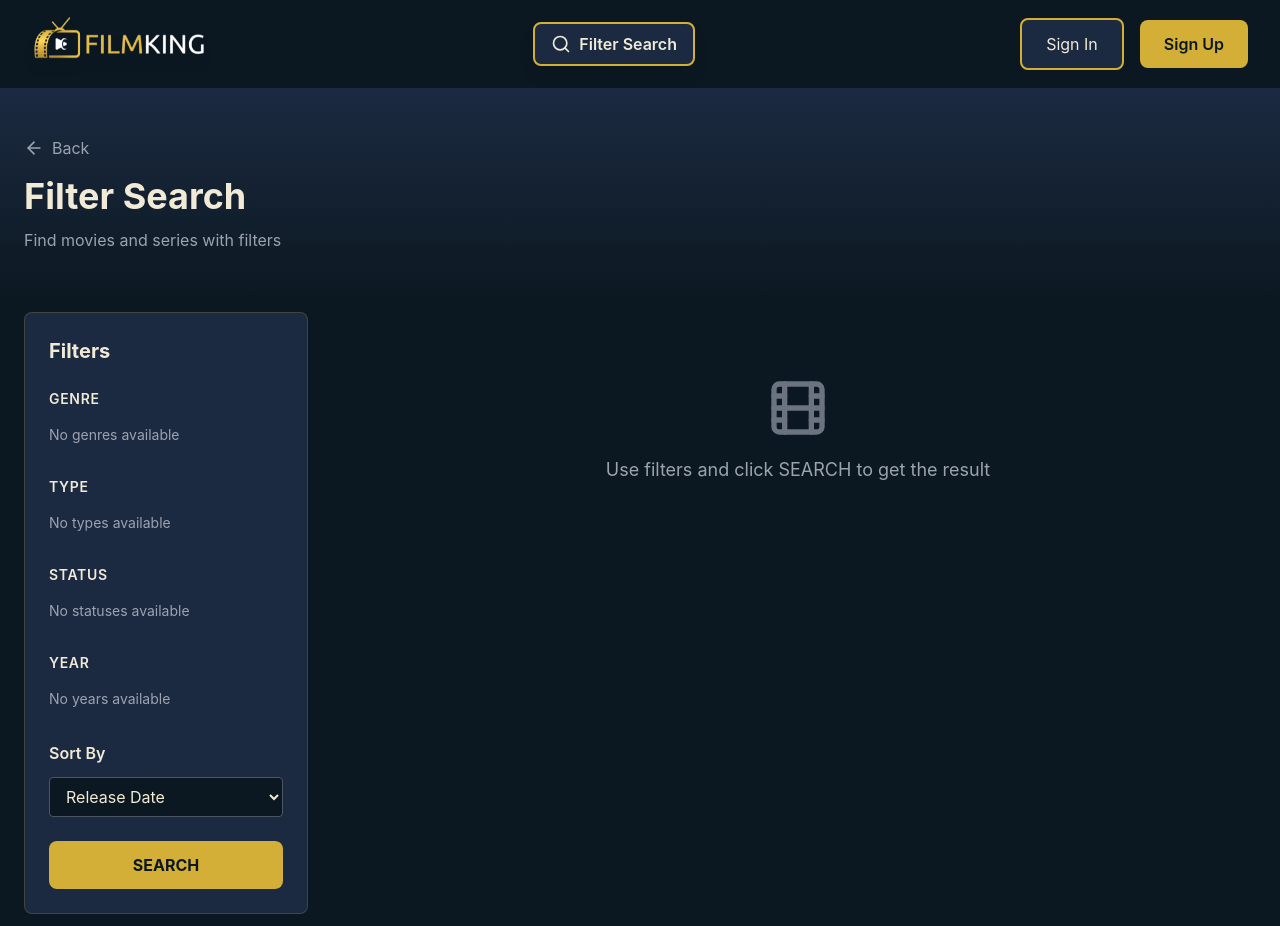
Repository: SansZee/BasdatProject
Page: /search (app in frontend/)
These files come from the project's save history. The page is drawn as it stood at one moment and after the next save; the edit follows.
The browser window is 1280 px wide. The pictures show the whole page.
The page's requests for data from a server got no answer. The project was rebuilt for these pictures with package versions that can differ from the ones it lists, and the page was loaded fresh each time. No one was signed in, and anything a server would have sent is missing. Also part of the build but not shown: frontend/vite.config.ts, frontend/src/pages/HomePage.tsx, frontend/src/pages/LoginPage.tsx, frontend/src/pages/RegisterPage.tsx, frontend/src/components/Tabs.tsx, frontend/src/api/reviews.ts, frontend/src/components/ReviewSection.tsx, frontend/src/pages/TitleDetailPageNew.tsx and 2 more.

Above is the page before, as saved 2025-12-07 08:28:24.

After the next save:
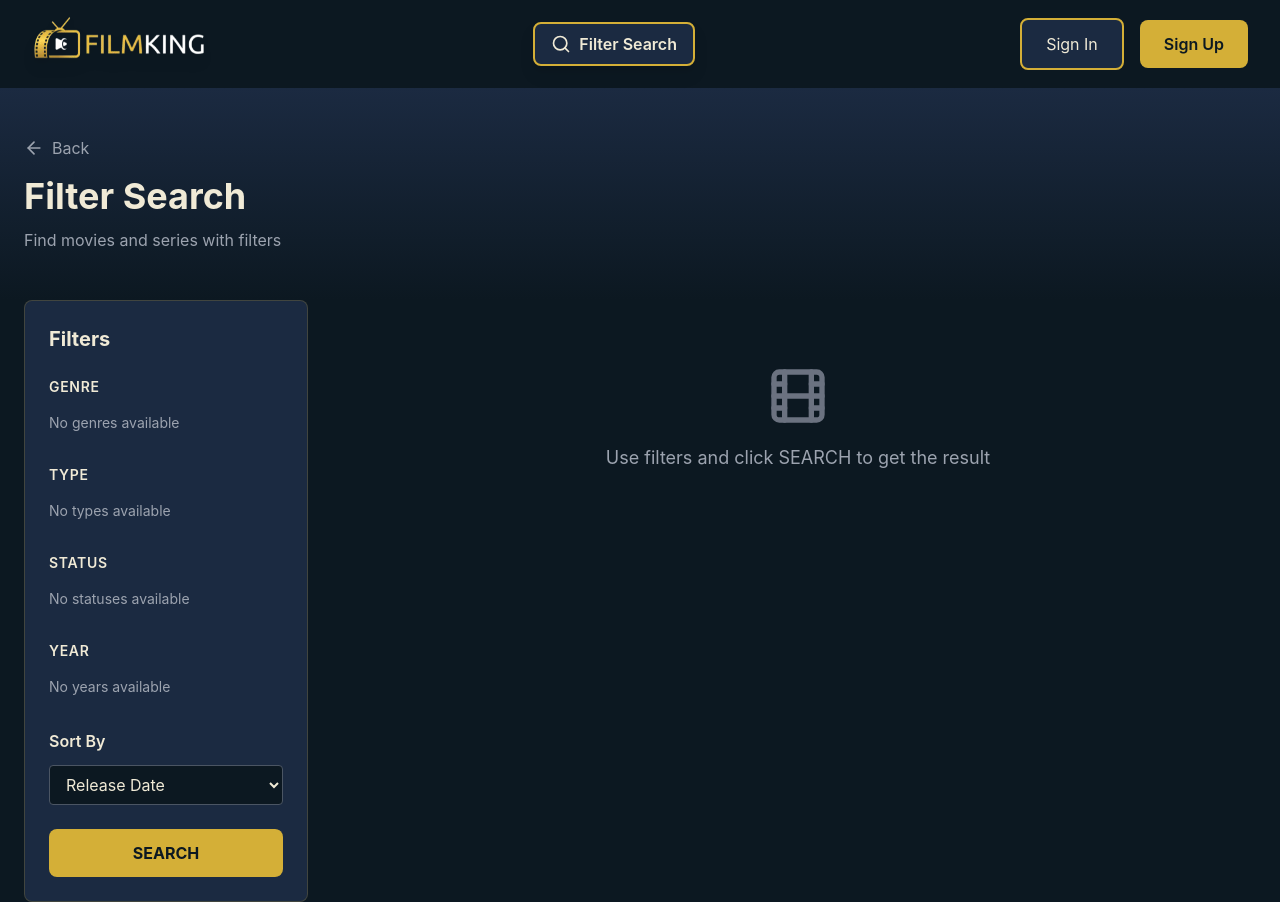
Saved 18 s later.
--- a/frontend/src/pages/FilterSearchPage.tsx
+++ b/frontend/src/pages/FilterSearchPage.tsx
@@ -153,7 +153,7 @@ export function FilterSearchPage() {
             </div>
 
             {/* Main Content */}
-            <div className="py-3 bg-primary">
+            <div className="py-0 bg-primary">
                 <div className="max-w-7xl mx-auto px-6">
                     <div className="grid grid-cols-1 lg:grid-cols-4 gap-8">
                         {/* Filter Panel */}
